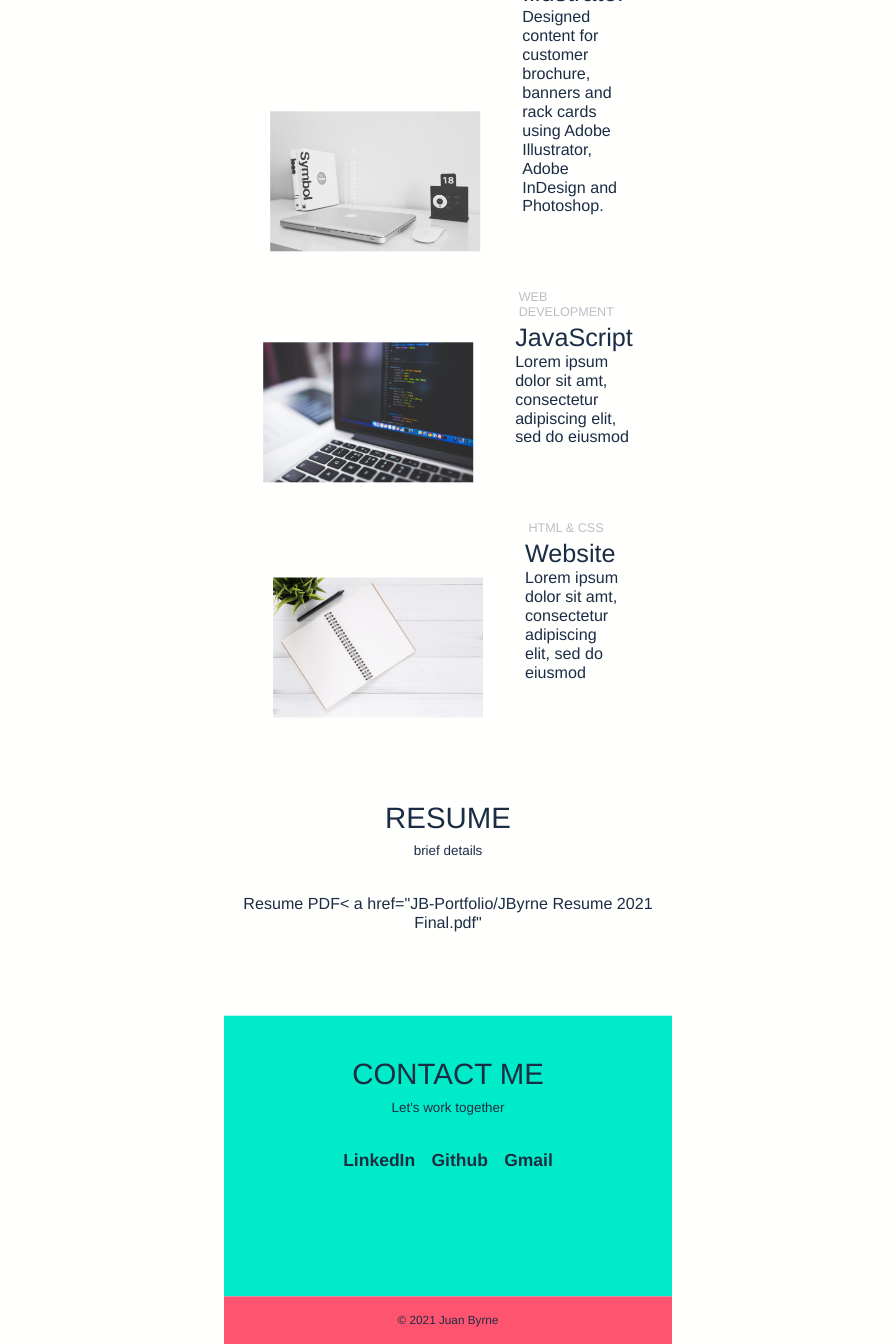
Repository: jb150524/JB-Portfolio
Page: index.html
These files come from the project's save history. The page is drawn as it stood at one moment and after the next save; the edit follows.
The browser window is 1280 px wide. The pictures show the part of the page from y = 2410 to 4330 px (the page is 4330 px tall before and 4226 px after), at 70% of full size.
Some icons come from a web library that is not loaded, so they are not drawn.

Above is the page before, as saved 2021-07-24 22:12:09.

### index.html
<!DOCTYPE html>
<!-- saved from url=(0053)file:///Users/jja/FullStack_HW/juanwebsite/index.html -->

    <html lang="en"><head><meta http-equiv="Content-Type" content="text/html; charset=UTF-8">

    <meta http-equiv="X-UA-Compatible" content="IE=edge">
    <meta name="viewport" content="width=device-width, initial-scale=1.0">

    <!-- CSS style sheet -->
    <link rel="stylesheet" href="style.css">



    <title>Juan's Portfolio</title>
    </head>

    <body>
    <header>
      <nav class="top-nav">
       <ul class="nav-list">
       <li>
       <a href="file:///Users/jja/FullStack_HW/juanwebsite/index.html">Home</a>
       <a href="file:///Users/jja/FullStack_HW/juanwebsite/index.html#about">About</a>
       <a href="file:///Users/jja/FullStack_HW/juanwebsite/index.html#portfolio">Portfolio</a>
       <a href="file:///Users/jja/FullStack_HW/juanwebsite/index.html#resume">Resume</a>
       <a href="file:///Users/jja/FullStack_HW/juanwebsite/index.html#contact">Contact</a>
       </li>
      </ul>
      </nav>

    <div class="main">
      <div class="landing-text">
        <h1>JuanByrne</h1>
        <h6>Graphic Designer and Web Developer</h6>
      </div>
    </div>
    </header>

    <section class="about" id="about">
      <div class="container">
        <a class="about-details">
        <div class="about-heading">
        <h1>About</h1>
        <h6>Myself</h6>
      </div>
        <p>
        I'm a Graphic Designer trying to become a full stack developer. I am from Guadalajara, Mexico. I was born in Mexico, but at a young age I moved to the USA. One of my favorite hobbies is playing competative soccer. Playing soccer has taught me perseverance, how to be a team player, and most importantly how to lose. I currently live in Wayne, Pennsylvania, but have previously lived in Guadalajara, Mexico and Orange County, California. I want to become a web developer because I want to learn a skill that motivates me and pushes me to try new things. I am excited about web developing and want a career that gives me a spark, like I get when I play soccer, with competitiveness, passion, and the belief that I can succeed.
        </p>
        </a>
        </div>
        </section>
        <a class="about-details">
          <section class="experience" id="experience">
            <div class="container">
                <div class="section-heading">
                <h1>Experience</h1>
                <h6>What I can do for you</h6>
            </div>
        <div class="my-skills">
          <div class="skills" ="">
           <div class="icon-container">
            <i class="fas fa-code"></i>
          </div>
          <h1>Graphic Designer</h1>
            <p>
            I'm a Graphic Designer with 2 years of experience working in the advertising industry. Possesses a high degree of competence using programs such as Adobe Photoshop, InDesign, and HTML & CSS.
            </p>
        </div>

        <div class="skills">
          <div class="icon-container">
          <i class="fas fa.codse"></i>
          </div>
          <h1>Web Development</h1>
          <p>
          Learning to become a Web developer and to sharpen my skills. I have a great understanding in Javascript and HTML & CSS.
          </p>
        </div>
        </div>
        </div>
        </section>
        </a>
        <section class="portfolio" id="portfolio"><a class="about-details">
          </a>
          <div class="container"><a class="about-details">
          <div class="section-heading">
           <h1>Portfolio</h1>
           <h6>View my recent work</h6>
        </div>
          </a>
          <div class="portfolio-item"><a class="about-details">
          <div class="portfolio-img has-margin-right">
            <img src="images/desk.jpg" alt="">
          </div>
            </a><div class="portfolio-description"><a class="about-details">
              <h6>Graphic Designer</h6>
              <h1>Illustrator</h1>
              <p>
              Designed content for customer brochure, banners and rack cards using Adobe Illustrator, Adobe InDesign and Photoshop.
              </p>
            </a><a href="file:///Users/jja/FullStack_HW/juanwebsite/index.html#" class="cta"> View Details</a>
        </div>
        </div>
        <div>
        <div class="portfolio-item">
          <div class="portfolio-img has-margin-right">
            <img src="images/laptop.jpg" alt="">
            </div>
            <div class="portfolio-description">
            <h6>Web Development</h6>
            <h1>JavaScript</h1>
            <p>
            Lorem ipsum dolor sit amt, consectetur adipiscing elit, sed do eiusmod
            </p>
            <a href="file:///Users/jja/FullStack_HW/juanwebsite/index.html#" class="cta"> View Details</a>
            </div>
        </div>
        <div>
          <div class="portfolio-item">
            <div class="portfolio-img has-margin-right">
            <img src="images/notebook.jpg" alt="">
            </div>
            <div class="portfolio-description">
            <h6>HTML & CSS</h6>
            <h1>Website</h1>
            <p>
            Lorem ipsum dolor sit amt, consectetur adipiscing elit, sed do eiusmod
            </p>
            <a href="file:///Users/jja/FullStack_HW/juanwebsite/index.html#" class="cta"> View Details</a>
            </div>
            </div>
            </div>
          </div>
        </div>
        </section>

    <section class="resume" id="resume">
      <div class="container">
        <div class="section-heading">
        <h1>Resume</h1>
        <h6>brief details</h6>
        <p> Resume PDF< a href="JB-Portfolio/JByrne Resume 2021 Final.pdf"
        </p>
        </div>

    <section class="contact" id="contact">
        <div class="container">
          <div class="section-heading">
          <h1>Contact Me</h1>
          <ul>
          <li>
          <h6>Let's work together</h6>
          <a href="file:///Users/jja/FullStack_HW/juanwebsite/www.linkedin.com/in/juan-byrne-43869ab7">LinkedIn</a>
          <a href="https://github.com/jb150524">Github</a>
          <a href="file:///Users/jja/FullStack_HW/juanwebsite/juan1505@gmail.com">Gmail</a>
          </li>
          </ul>
        </div>
       </div>
    </section>

    <footer class="copyright">
      <div class="up" id="up">
       <i class="fas fa-chevron-up"></i>
      </div>
      <p>© 2021 Juan Byrne</p>
    </footer>
  </div>
  </section>

   <!-- adding icons -->
   <script src="https://fontawesome.com/v5.15/icons/code?style=solid" crossorigin="anonymous"></script>

</body>
</html

### style.css
/* Start global*/

* {
    margin: 0;
    padding: 0;
    box-sizing: border-box;
}

html {
    font-size: 12px;
    font-family: Helvetica, sans-serif;
    /* color: rgb(255, 255, 255); */
}

body {
    width: 100%;
    height: 100%;
    background-color: #fffffe;
    background-size: cover;
}

section {
    padding: 60px 0;
}

h6 {
    color: #1b2d45;
    margin: 5px;
}

a {
    text-decoration: none;
    color: #1b2d45;
}

p {
   font-size: 23px;
   font-weight: 300;
   color: #1b2d45;
}



img {
    max-width: 100%;
    height: auto;
}

.main {
    padding: 16px;
    margin-top: 30px;
    height: 1500px; /* Used in this example to enable scrolling */
  }

/* Start reusable*/

.container {
    width: 50%;
    max-width: 120rem;
    height: 100%;
    margin: 0 auto;
    position: relative;
}

.container-details p {
    font-size: 200px;
    padding: 35px;
}

.section-heading {
    text-align: center;
    margin-bottom: 10rem;
}

.section-heading h1 {
    font-family: major mono display, Helvetica, sans-serif;
    font-size: 3.5rem;
    color: #1b2d45;
    text-transform: uppercase;
    font-weight: 300;
    position: relative;
    margin-bottom: 1rem;
}

.section-heading h1::before,
.section-heading h1::after {
    content: "";
    position: absolute;
    bottom: -.5rem;
    left: 50%;
    transform: translateX(-59%);
    background: color #fff8e8;
}

.section-heading h1::before {
    width: 10rem;
    height: 3px;
    border-radius: .8rem;
}

.section-heading h1::after {
    height: 1.5rem;
    border-radius: .100%;
    bottom: 1rem;
}

.section-heading h6 {
    font-size: 1.6rem;
    font-weight: 300;
    margin-bottom: 50px;
}

.has-margin-right {
    margin-right: 5rem;
}
/* End reusable*/

/* Start header*/
header {
    width: 100%;
    height: 100vh;
}

.nav-list {
    z-index: 2;
    top: 0;
    background:#00ebc7;
    overflow: hidden;
    font-size: 35px;
    font-family: major mono display;
    margin: 0;
    padding: 20px;
    position: fixed;
    list-style: none;
    width: 100%;
    display: flex;
    justify-content: center;
    align-items: flex-start;
    text-decoration: none;
}

li {
    margin: 0;
    list-style: none;
}

.nav-link {
    font-family: Arial, Helvetica, sans-serif;
    font-size: 15px;
    padding: 5px;
}

.nav-link:hover,
.nav-ink:focus {
    background: linear-gradient(to top, #5725b3, #9e91e9 );
    -webkit-background-clip: text;
    -webkit-text-fill-color: transparent;

}

.landing-text{
    position: absolute;
    top: 50%;
    left: 50%;
    transform: translate(-50%, -50%);
    width: 100%;
    text-align: center;
    z-index: 1;
}

.landing-text h1 {
    font-size: 150px;
    font-family: major mono display, Helvetica, sans-serif, Helvetica, sans-serif;
    background: linear-gradient(to top, #110202, #000000 );
    -webkit-background-clip: text;
    -webkit-text-fill-color: transparent;
    padding: 1rem;
    user-select: none;

}

.landing-text h6 {
    font-size: 2rem;
    font-weight: 300;
}
/* End header*/

.about .container {
    display: flex;
    align-items: center;
    justify-content: center;
}

.about-heading {
    text-align: center;
    text-transform: uppercase;
    line-height: 10px;
    margin-bottom: 6rem;
}

.about-heading h1 {
    font-size: 10rem;
    opacity: .3;
    font-family: major mono display;
}

.about-heading h6 {
    font-size: 2rem;
    font-weight: 300;
}

/* .about-container p {
   font-size: 50px;
} */

.profile-img {
    max-width: 100%;
    display: inline-block;
}

/* Start services*/

.my-skills {
    display: grid;
    grid-template-columns: repeat(auto-fit, minmax(25rem, 1fr));
    grid-gap: 2.5rem;
    text-align: center;
}

.skills p {
    padding: 15px 5px 5px 5px;
    text-align: left;
}

.skills h1 {
    text-transform: uppercase;
    letter-spacing: 2px;
    margin: 2rem -2px 2rem 0;
}

.icon-container {
    width: 10rem;
    height: 10rem;
    border: 2px solid #1b2d45;
    background-color: #00ebc7;
    margin-bottom: 2rem;
    display: inline-block;
}

.icon-container i {
    color:#1b2d45;
    font-size: 5rem;
    margin: auto;
}
/* End services*/

/* Start portfolio*/

.portfolio-item {
    display: flex;
    align-items: end;
    justify-content: center;
    flex-direction: row;
    flex-wrap: wrap;
    align-content: stretch;
    margin-bottom: 50px;

}
.portfolio-img {
    width: 300px;
    height: 200px;
    background-size: 100%;
}

.portfolio-item:last-child {
    margin: 0;
}

.portfolio-description {
    flex: .5;
    color: #1b2d45;

}

.portfolio-description h1 {
    font-size: 3rem;
    font-weight: 300;
    margin: 1px 0;
    display: contents;
}

.portfolio-description h6 {
    font-size: 1.5rem;
    text-transform: uppercase;
    font-weight: 300;
    opacity: 0.3;
}

.portfolio-description .cta {
    display: inline-block;
    margin-top: 2.5rem;
    font-size: 1.5rem;
    text-transform: uppercase;
    color: #fffffe;
    transition: color 650ms;
}

.portfolio-description .cta:hover {
    color: #2f67cd;
}
/* End portfolio*/


/*Star contact*/

.contact {
    background-color:#00ebc7;
}

.contact a {
    font-weight: bold;
    margin: 10px;
    margin-top: 20px;
    padding: 15px 0;
    text-align: center;
    font-size: 25px;
}

/*End contact*/

/*Star footer*/

.copyright {
    width: 100%;
    text-align: center;
    background-color:#ff5470;
    padding: 2rem 0;
    position: absolute;
    display: block;
}

/* .up {
    position: absolute;
    width: 5rem;
    height: 5rem;
    background-color: burlywood;
    top: -2.5rem;
    right: 5rem;
    border-radius: 100%;
    display: flex;
    animation: pulse 2s infinite;
    cursor: pointer;
}

.up i {
    color: navy;
    font-size: 2rem;
    margin: auto;
} */

.copyright p {
    font-size: 1.4rem;
}
/*End footer*/

/*Start Button animation*/

@keyframes pulse {
    0%{
        box-shadow: 0 0 0 0 rgba(253, 87, 191, 0.99);
    }
    70%{
        box-shadow: 0 0 0 2rem rgba(253, 87, 191, 0);
    }
    100%{
        box-shadow: 0 0 0 0 rgba(253, 87, 191, 0);
    }
}
/*End Button animation*/

/*Start media queries*/

@media screen and (max-width: 768px) {
    body {
        background-color: #fffffe;
        background-size: cover;
    }

    .landing-text h1 {
        font-size: 70px;
    }

    .landing-text h6 {
        font-size: 1.7rem;
    }

    .nav-list {
        font-size: 15px;
    }

    li {
        margin: 2rem 0;
    }

    .nav-ink {
        font-size: 4.5rem;
    }

    .about-heading {
        font-size: 15px;
    }

    .section-heading h1 {
        font-size: 3rem;
    }

    .about-details .nav-list {
        flex-direction: initial;
    }

    .about-details li {
        font-size: 10px;
        margin: 0 2rem;
    }

@media screen and (max-width: 600px) {

    .landing-text h1 {
        font-size: 8rem;
    }

    .landing-text h6 {
        font-size: 1.4rem;
    }

    .nav-link {
        font-size: 3.5rem;
    }

    .profile-img {
        margin-top: 0 0 7rem 0;
    }

    .portfolio-item {
        flex-direction: column;
    }

    .portfolio-img {
        margin: 0 0 2rem 0;
        order: 1;
    }

    .portfolio-description {
        margin: 0;
        order: 2;
    }

    form {
        width: 100%;
    }

    .up {
        right: 2rem;
    }
}
/*End media queries*/

After the next save:
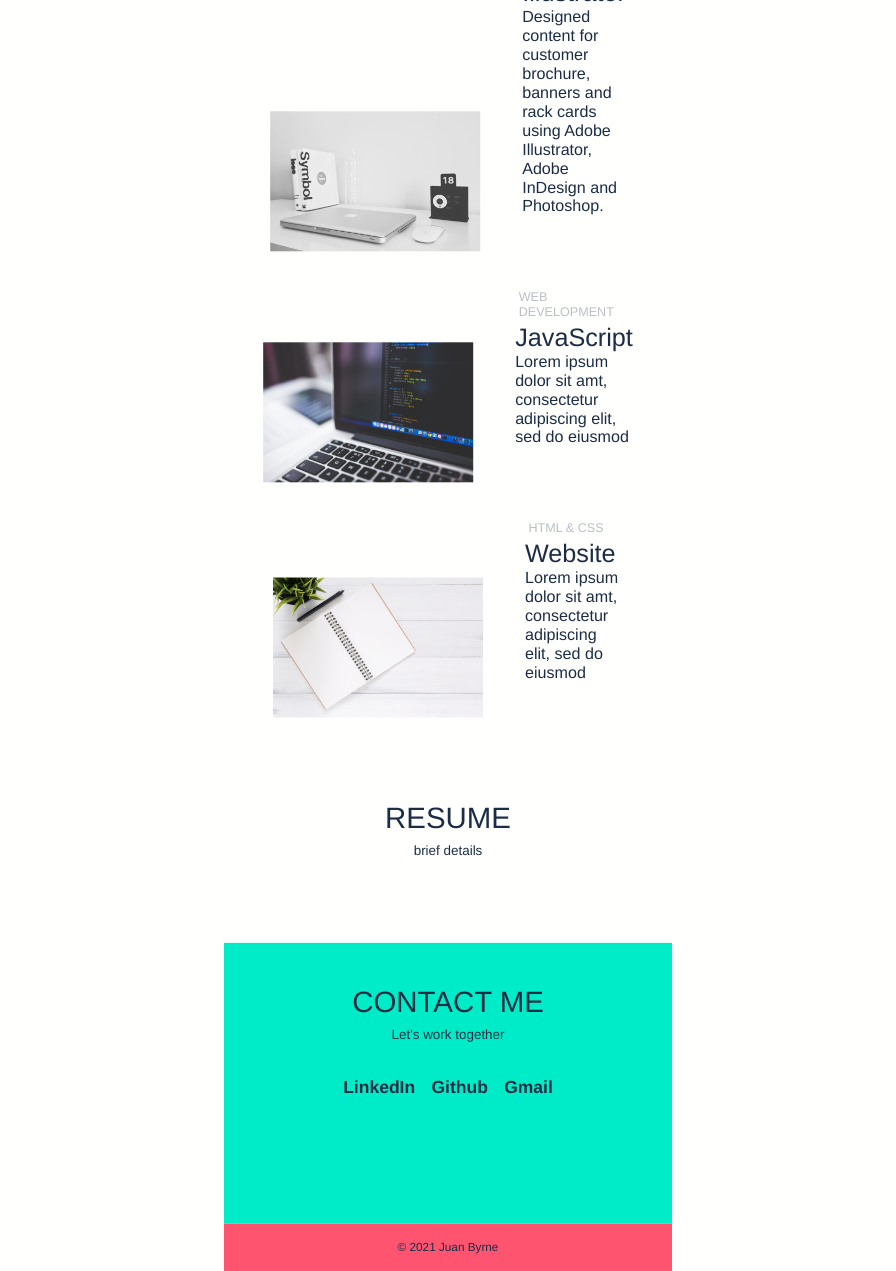
Saved 3 min 33 s later.
--- a/index.html
+++ b/index.html
@@ -139,7 +139,7 @@
         <div class="section-heading">
         <h1>Resume</h1>
         <h6>brief details</h6>
-        <p> Resume PDF< a href="JB-Portfolio/JByrne Resume 2021 Final.pdf"
+        <link JB-Portfolio/JB-Portfolio/JByrne Resume 2021 Final.pdf />
         </p>
         </div>
 
